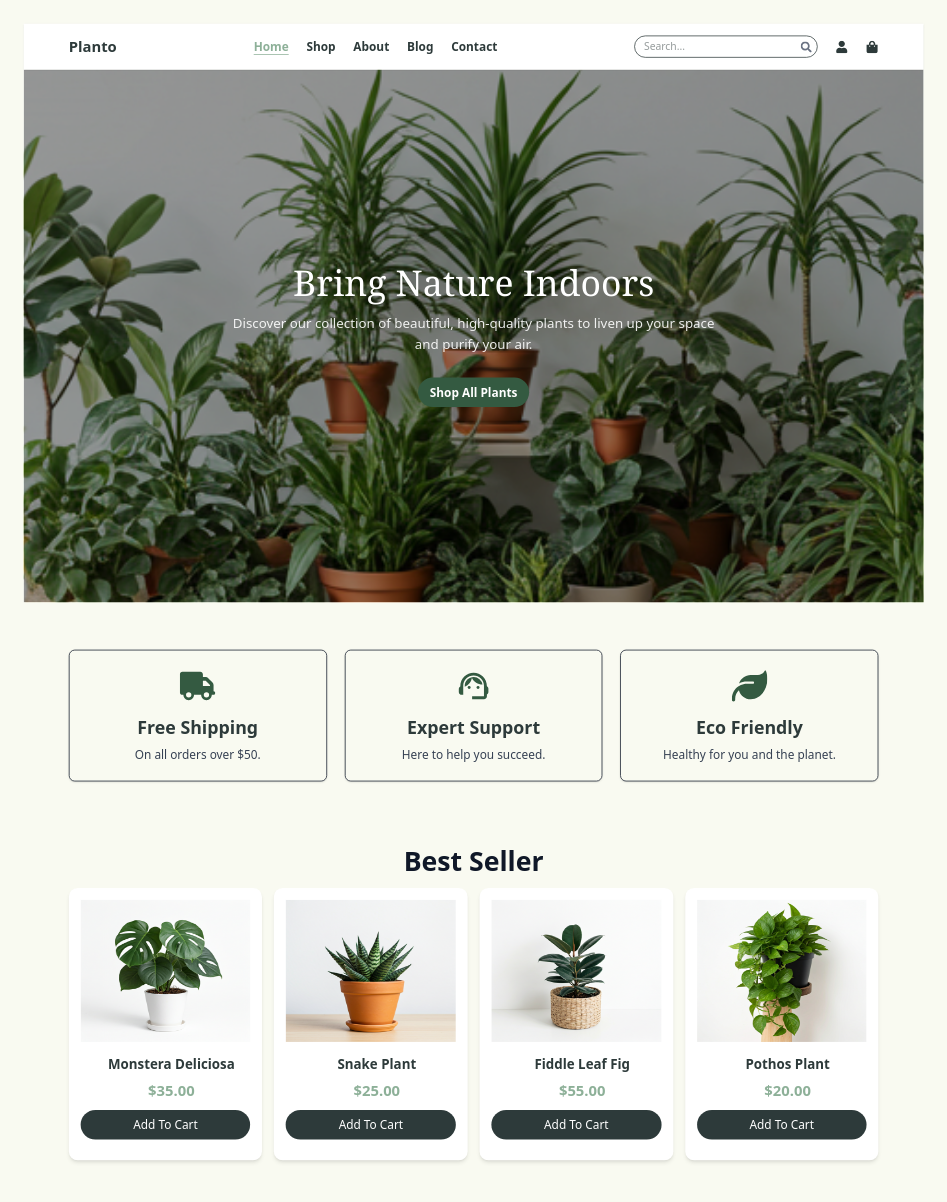
Repository: mazenessam99/Planto
Page: /
The author's editor kept a copy of each file at every save. The page is drawn from the files as they stood at one save, then again after a run of saves.
The browser window is 1280 px wide. The pictures show the whole page, at 74% of full size.
The project was rebuilt for these pictures with package versions that can differ from the ones it lists, and the page was loaded fresh each time. Also part of the build but not shown: vite.config.js.

Above is the page before, as saved 2025-11-22 23:16:38.

After the next 3 saves:
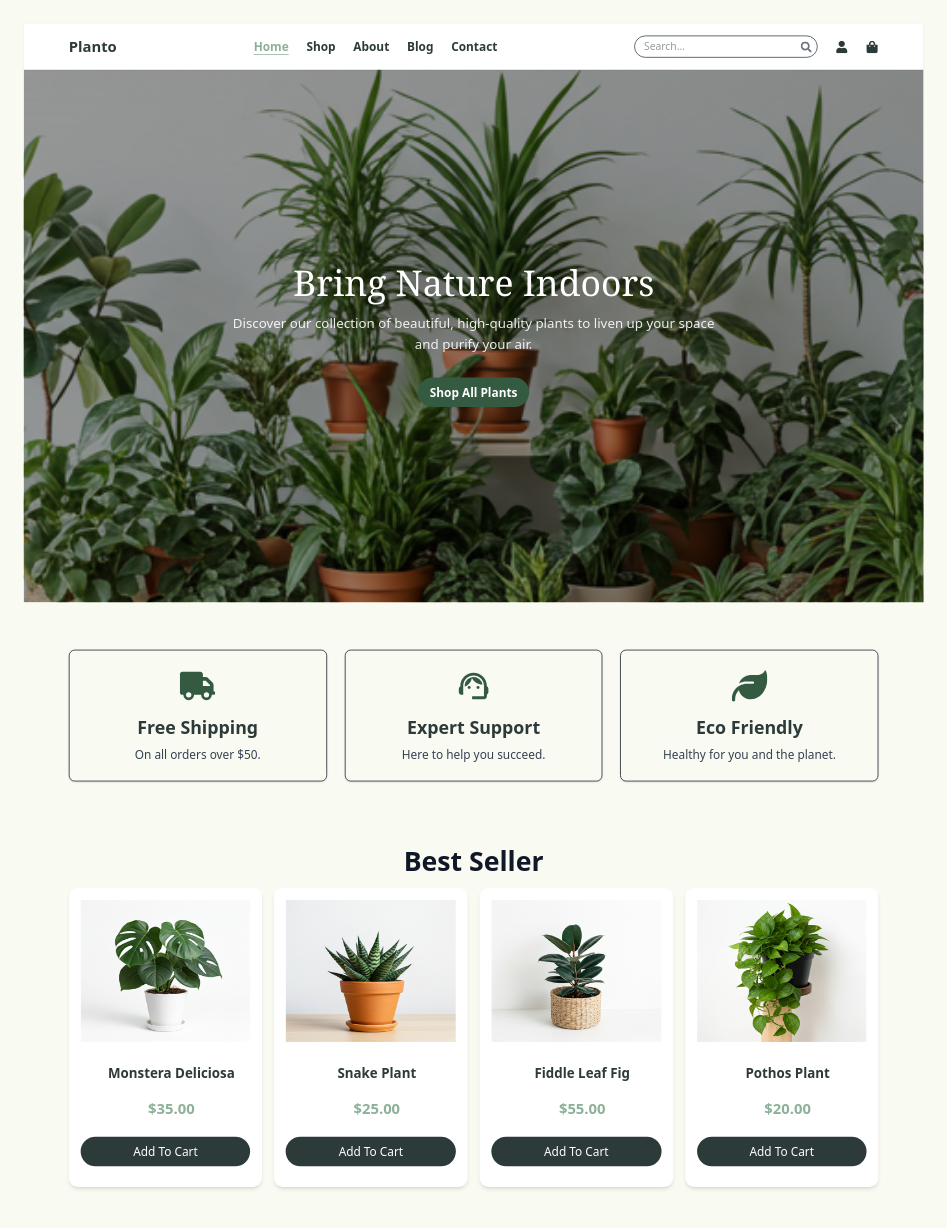
The 3 saves are shown as one change because they came seconds apart.
The last was saved 13 s later.
--- a/src/components/ui/ProductCard.jsx
+++ b/src/components/ui/ProductCard.jsx
@@ -2,7 +2,7 @@ import Button from "./Button";
 
 const ProductCard = ({src,title,price,showButton=true,buttonText='Add To Cart'}) => {
   return (
-    <div className="bg-white rounded-xl p-4 shadow-md flex flex-col hover:shadow-xl transition-all">
+    <div className="bg-white rounded-xl p-4 shadow-md flex flex-col gap-3 hover:shadow-xl transition-all">
       <div className="w-full h-48 overflow-hidden ">
         <img src={src} className="w-full h-full hover:scale-105 transition"/>
       </div>
